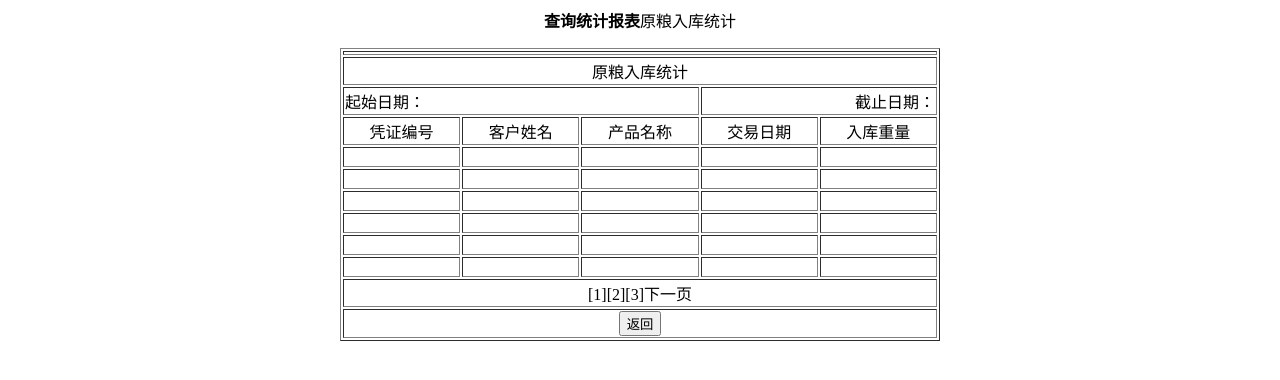
Repository: yuxingyan/OneCrewFlour
Page: http://localhost/Flour/showinstore.jsp
These files come from the project's save history. The page is drawn as it stood at one moment and after the next save; the edit follows.
The browser window is 1280 px wide. The pictures show the whole page.
The page is served by Tomcat 9. Nobody is signed in. The application's start-up code is not run. Other server files are loaded and not shown.

Above is the page before, as saved 2018-01-11 07:17:02.

### Flour/WebRoot/showinstore.jsp
<%@ page language="java" import="java.util.*" pageEncoding="utf-8"%>
<%
String path = request.getContextPath();
String basePath = request.getScheme()+"://"+request.getServerName()+":"+request.getServerPort()+path+"/";
%>

<!DOCTYPE HTML PUBLIC "-//W3C//DTD HTML 4.01 Transitional//EN">
<html>
  <head>
    <base href="<%=basePath%>">

    <title>My JSP 'showinstore.jsp' starting page</title>

	<meta http-equiv="pragma" content="no-cache">
	<meta http-equiv="cache-control" content="no-cache">
	<meta http-equiv="expires" content="0">
	<meta http-equiv="keywords" content="keyword1,keyword2,keyword3">
	<meta http-equiv="description" content="This is my page">
	<!--
	<link rel="stylesheet" type="text/css" href="styles.css">
	-->

  </head>

  <body>
   <center>
    <form  name="原粮入库统计" action="" method="post">
    <p><b>查询统计报表</b>原粮入库统计</p>
    <table border="1" width="600">
    <tr><td colspan="10" ></td></tr>
     <tr height="20px"><td align="center" colspan="5" >原粮入库统计</td></tr>
     <tr height="20px"><td align="left" colspan="3" >起始日期：</td><td align="right" colspan="3" >截止日期：</td>
     <tr>
    <td align="center">凭证编号</td>
     <td align="center">客户姓名</td>
      <td align="center">产品名称</td>
       <td align="center">交易日期</td>
        <td align="center">入库重量</td>
    </tr>
    <tr height="20px"><td></td><td></td><td></td><td></td><td></td></tr>
    <tr height="20px"><td></td><td></td><td></td><td></td><td></td></tr>
    <tr height="20px"><td></td><td></td><td></td><td></td><td></td></tr>
    <tr height="20px"><td></td><td></td><td></td><td></td><td></td></tr>
    <tr height="20px"><td></td><td></td><td></td><td></td><td></td></tr>
    <tr height="20px"><td></td><td></td><td></td><td></td><td></td></tr>
    <tr><td align="center" colspan="10" >[1][2][3]下一页</td></tr>
    <tr><td align="center" colspan="10" >
      <button type="button">返回</button>
      </td></tr>
    </table>
    </form>
    </center>
  </body>
</html>

After the next save:
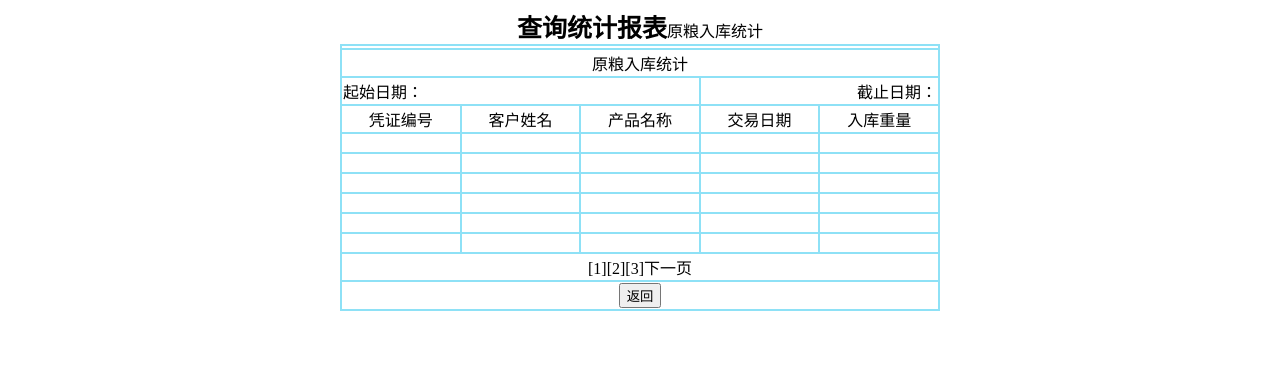
Saved 31 s later.
--- a/Flour/WebRoot/showinstore.jsp
+++ b/Flour/WebRoot/showinstore.jsp
@@ -25,8 +25,8 @@ String basePath = request.getScheme()+"://"+request.getServerName()+":"+request.
   <body>
    <center>
     <form  name="原粮入库统计" action="" method="post">
-    <p><b>查询统计报表</b>原粮入库统计</p>
-    <table border="1" width="600">
+    <strong style="font-size:25px">查询统计报表</strong>原粮入库统计
+      <table border="1" width="600"  cellspacing="0" bordercolor="#8EE1F6">
     <tr><td colspan="10" ></td></tr>
      <tr height="20px"><td align="center" colspan="5" >原粮入库统计</td></tr>
      <tr height="20px"><td align="left" colspan="3" >起始日期：</td><td align="right" colspan="3" >截止日期：</td>
